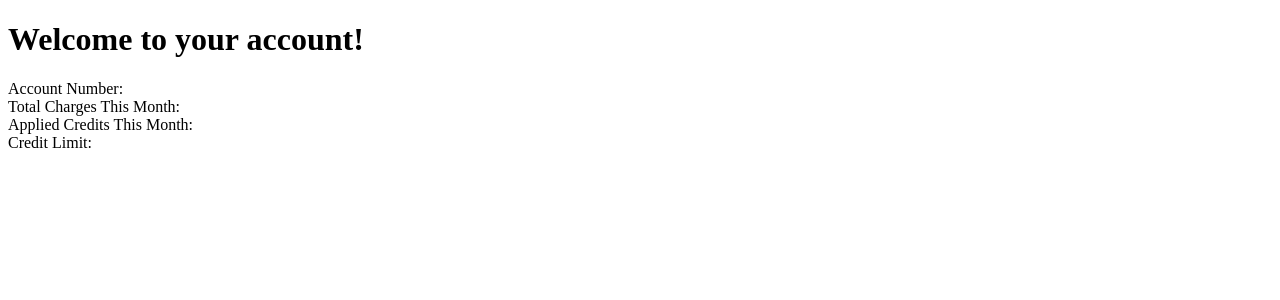
Repository: mlmEFSC21/P10-Exceeded-Credit
Page: credit.html
The author's editor kept a copy of each file at every save. The page is drawn from the files as they stood at one save, then again after the next save.
The browser window is 1280 px wide. The pictures show the whole page.

Above is the page before, as saved 2022-02-26 17:31:42.

### credit.html
<!DOCTYPE html>
<html lang="en">
    <head>
        <meta charset="UTF-8" />
        <meta http-equiv="X-UA-Compatible" content="IE=edge" />
        <meta name="viewport" content="width=device-width, initial-scale=1.0" />
        <script defer src="credit.js"></script>
        <title>Credit Check</title>
    </head>
    <body>
        <header>
            <h1>Welcome to your account!</h1>
        </header>
        <section class="accountInfo">
            <div class="accountContainer">
                <div class="accountNo">Account Number:</div>
                <div class="monthlyCharges">Total Charges This Month:</div>
                <div class="creditsApplied">Applied Credits This Month:</div>
                <div class="creditLimit">Credit Limit:</div>
            </div>
        </section>
    </body>
</html>

### credit.js
const customer = {
    lastName: "Doe",
    firstName: "John",
    accountNo: 123456789,
    beginMonthBalance: 500,
    monthlyCharges: 250,
    creditLimit: 2000,
};

console.log(customer.accountNo);

After the next save:
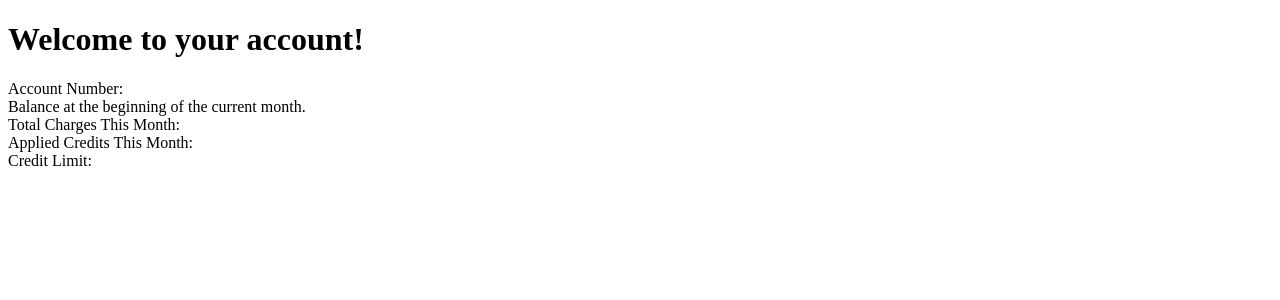
Saved 63 s later.
--- a/credit.html
+++ b/credit.html
@@ -14,6 +14,7 @@
         <section class="accountInfo">
             <div class="accountContainer">
                 <div class="accountNo">Account Number:</div>
+                <div class="beginBalance">Balance at the beginning of the current month.</div>
                 <div class="monthlyCharges">Total Charges This Month:</div>
                 <div class="creditsApplied">Applied Credits This Month:</div>
                 <div class="creditLimit">Credit Limit:</div>
